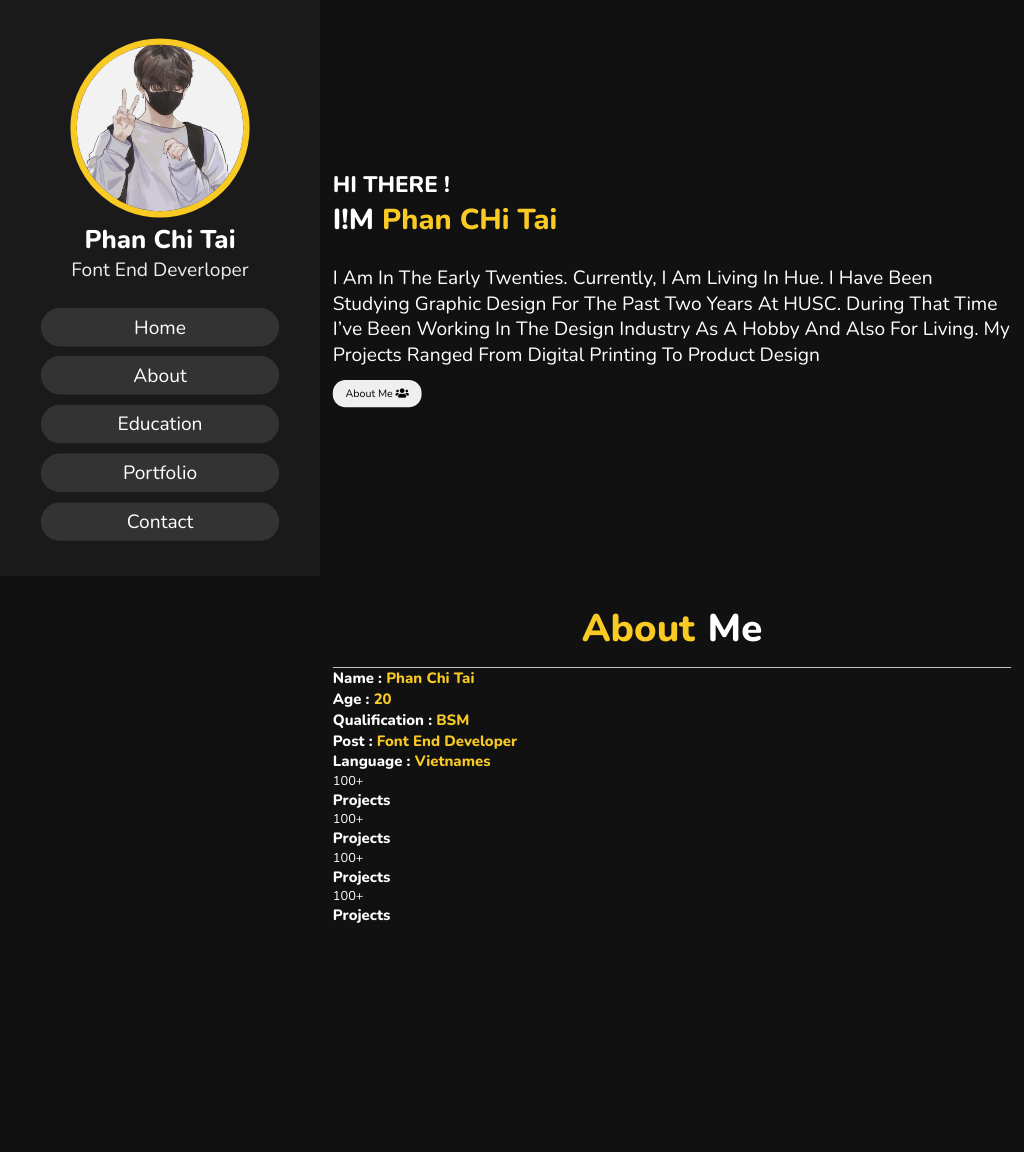
Repository: PCTai/My-profile
Page: index.html
These files come from the project's save history. The page is drawn as it stood at one moment and after the next save; the edit follows.
The browser window is 1280 px wide. The pictures show the whole page, at 80% of full size.

Above is the page before, as saved 2021-11-25 20:49:57.

### index.html
<!DOCTYPE html>
<html lang="en">
<head>
    <meta charset="UTF-8">
    <meta http-equiv="X-UA-Compatible" content="IE=edge">
    <meta name="viewport" content="width=device-width, initial-scale=1.0">
    <link rel="preconnect" href="https://fonts.googleapis.com">
    <link rel="preconnect" href="https://fonts.gstatic.com" crossorigin>
    <link href="https://fonts.googleapis.com/css2?family=Nunito:ital,wght@0,400;0,600;0,800;1,200;1,300&display=swap" rel="stylesheet">
    <link rel="stylesheet" href="/assets/font/fontawesome-free-5.15.3-web/css/all.css">

    <link rel="stylesheet" href="/assets/css/style.css">
    <link rel="stylesheet" href="/assets/css/reponsive.css">
    <title>Document</title>
</head>
<body>
    <!-- Header start -->
    <header>
        <div class="user">
            <img src="/assets/imgs/user.jpg" alt="">
            <h3 class="name">Phan Chi Tai</h3>
            <div class="post">Font End Deverloper</div>
        </div>
        <div class="navbar">
            <ul>
                <li><a href="#home">home</a></li>
                <li><a href="#about">About</a></li>
                <li><a href="#education">Education</a></li>
                <li><a href="#portfolio">Portfolio</a></li>
                <li><a href="#contact">Contact</a></li>
            </ul>
        </div>
    </header>
    <!-- Header end -->
    <div id="menu"class="fas fa-bars">
    </div>
    <!-- start home -->
    <section id="home" class="home">

        <h3>HI THERE !</h3>
        <h1>I!M <span>Phan CHi Tai</span></h1>
        <p>I am in the early twenties. Currently, I am living in Hue. I have been studying graphic design for the past two years at  HUSC. During that time I’ve been working in the design industry as a hobby and also for living. My projects ranged from digital printing to product design</p>
        <a href="#about"> <button class="btn">About me <i class="fas fa-users"></i></button></a>


    </section>
    <!-- end home -->
    <!-- start about -->
    <section id="about" class="about">
        <div class="heading"><h1><span>About</span>Me</h1></div>
        <div class="row">
            <div class="info">
                <h3>Name : <span>Phan Chi Tai</span></h3>
                <h3>Age : <span>20</span></h3>
                <h3>Qualification : <span>BSM</span></h3>
                <h3>Post : <span>Font End Developer</span></h3>
                <h3>Language : <span>Vietnames</span></h3>
            </div>
            <div class="counter">
                <div class="box">
                    <span>100+</span>
                    <h3>projects</h3>
                </div>
                <div class="box">
                    <span>100+</span>
                    <h3>projects</h3>
                </div>
                <div class="box">
                    <span>100+</span>
                    <h3>projects</h3>
                </div>
                <div class="box">
                    <span>100+</span>
                    <h3>projects</h3>
                </div>
            </div>
        </div>
    </section>
    <!-- end about -->
    <script src="/app.js"></script>
</body>
</html>

### assets/css/style.css
:root{
    --yellow: #f9ca24;
}
*{
    font-family: 'Nunito', sans-serif;
    margin: 0;padding: 0;
    box-sizing: border-box;
    text-decoration: none;
    outline: none;border: none;
    text-transform: capitalize;
    transition: all .2s linear;
}
html{
    font-size: 62,5%;
    overflow: hidden;
}
::selection{
    background-color: var(--yellow);
    color: #333;

}
/* html::-webkit-scrollbar{
    width: 1.4rem;
}
html::-webkit-scrollbar-track{
    background: #222;
}
html::-webkit-scrollbar-thumb{
    background: var(--yellow);
} */
body{
    padding-left: 25rem;
    background: #111;
}
header{
    position: fixed;
    top: 0;
    left: 0;
    z-index: 1000;
    height: 100%;
    display: flex;
    flex-direction: column;
    justify-content: center;
    align-items: center;
    width: 25rem;
    background-color: #1a1a1a;
}

.user img{
    margin-top: 2rem;
    height: 14rem;
    width: 14rem;
    border-radius: 50%;
    object-fit: cover;
    border: 0.5rem solid var(--yellow);

}
header .user .name{
    text-align: center;
    font-size: 2rem;
    color: #fff;
}
header .user .post{
    text-align: center;
    font-size: 1.5rem;
    color: #eee;
}
header .navbar ul{
    margin-top: 1rem;
    list-style: none;
    padding: 1rem 3rem;
}
header .navbar ul li a:hover{
    background-color: var(--yellow);
}
header .navbar ul li a{
    display: block;
    padding: 0.5rem 6rem;
   margin-bottom: 0.8rem;
   background-color: #333;
   color: #fff;
   font-size: 1.5rem;
   border-radius: 5rem;
   text-align: center;
   cursor: pointer;
}
#menu:hover{
    color: var(--yellow);
}


#menu{
    position: fixed;
    z-index: 1000;
    top: 1rem;
    right: 1rem;
    color: #fff;
    padding: 1rem;
    background-color: #222;
    font-size: 2rem;
    cursor: pointer;
}
section{
    min-height: 100vh;
    padding: 1rem;
}
/* home */
.home{
    font-size: 1.5rem;
    color: #fff;
    display: flex;
    flex-direction: column;
    padding: 0 1rem;
    justify-content: center;
}
.btn:hover{
    background-color: var(--yellow);
    cursor: pointer;
}
.btn{
    padding: 0.5rem 1rem;
    border-radius: 1rem;
    margin-top: 1rem;
}
.home span{
    color: var(--yellow);
    margin-bottom: 2rem;

}
.home h1{
    margin-bottom: 2rem;

}
/* about */
.about{
    color: #fff;
}
.heading{
    font-size: 2rem;
    text-align: center;
    padding: 1rem;
    border-bottom: 0.1rem solid #eee;

}
.heading span{
    color: var(--yellow);
    padding-right: 1rem;
}
.info span{
    color: var(--yellow);
}

### assets/css/reponsive.css

@media (min-width:1024px){
    #menu{
        display: none;
    }
}
@media (max-width:1024px){
    header{
        left: -125%;
    }
    body{
        padding-left: 0;
    }

}
@media (max-width:486px){
    header{
        width: 100vw;
    }

}

### app.js

var menu=document.getElementById('menu');
var header=document.querySelector('header');
menu.onclick=function(e){
    if(this.className=='fas fa-bars'){
        this.classList.remove('fa-bars');
        this.classList.add('fa-times');
        header.style='left:0%';
    }
    else{
        this.classList.remove('fa-times');
        this.classList.add('fa-bars');
        header.style='left:-125%';
    }
};

Loaded but not shown: assets/font/fontawesome-free-5.15.3-web/css/all.css (library)

After the next save:
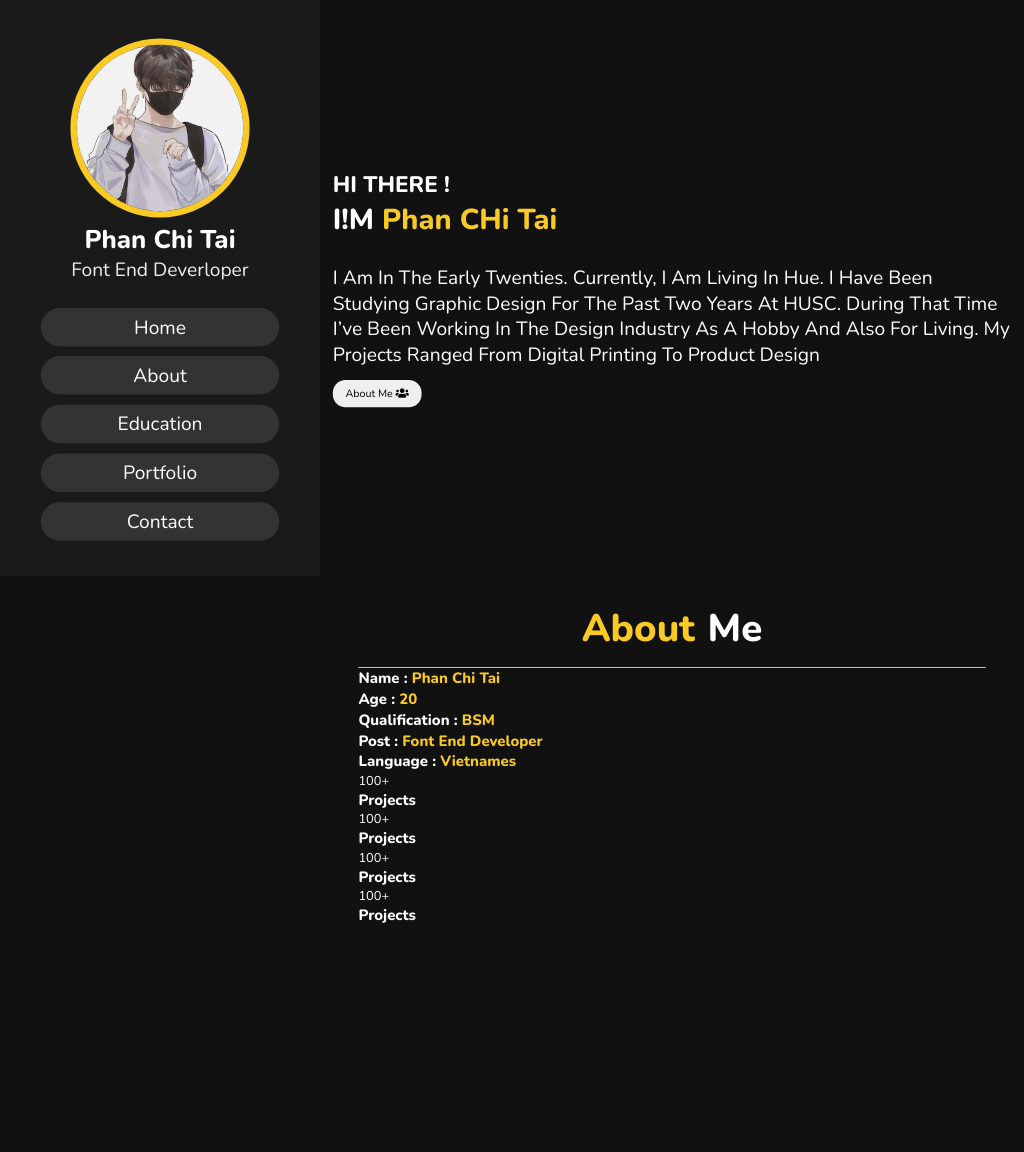
Saved 46 s later.
--- a/assets/css/style.css
+++ b/assets/css/style.css
@@ -134,6 +134,7 @@ section{
 /* about */
 .about{
     color: #fff;
+    margin: 0 2rem;
 }
 .heading{
     font-size: 2rem;
